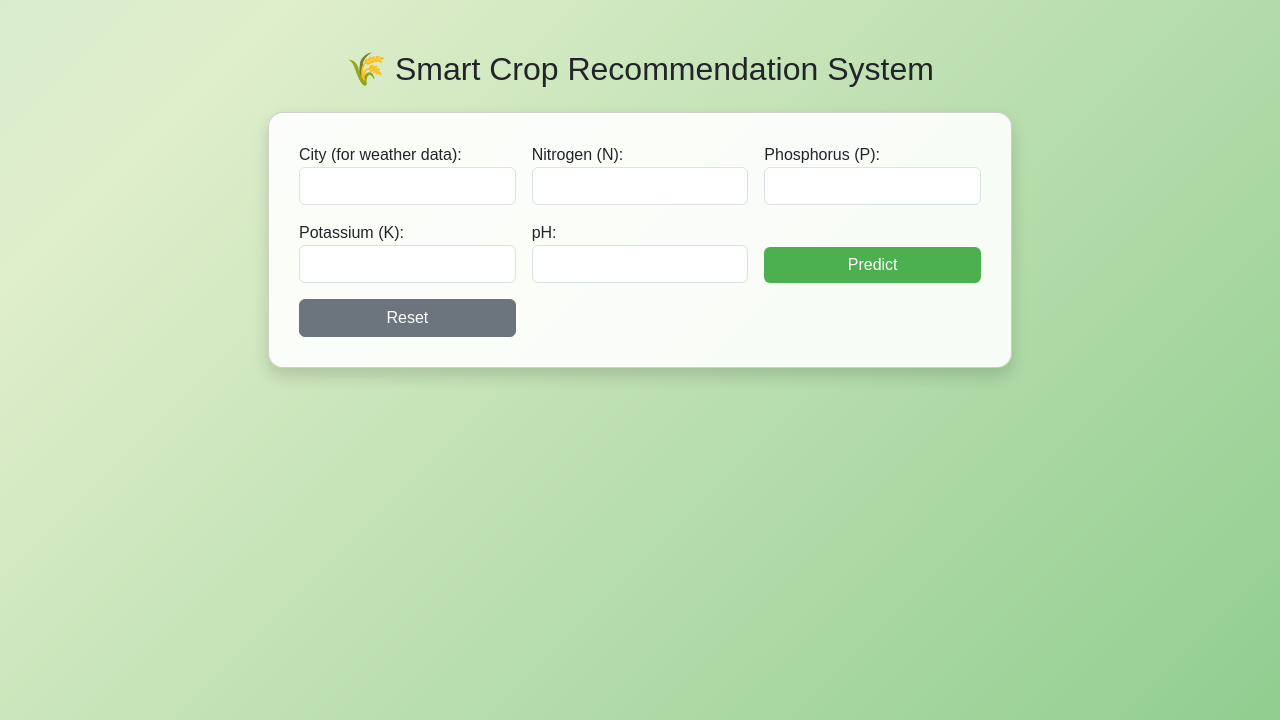
Repository: imdhanush13/Smart-Crop-recom
Page: http://localhost/
These files come from the project's save history. The page is drawn as it stood at one moment and after the next save; the edit follows.
The browser window is 1280 px wide. The pictures show the whole page.
The page is served by the project's application, run on Flask 3 (app.py).

Above is the page before, as saved 2025-06-17 03:36:58.

### templates/index.html
<!DOCTYPE html>
<html lang="en">
<head>
    <meta charset="UTF-8">
    <title>🌱 Smart Crop Recommendation</title>
    <link href="https://cdn.jsdelivr.net/npm/bootstrap@5.3.3/dist/css/bootstrap.min.css" rel="stylesheet">
    <style>
        /* Moving background animation */
        body {
            margin: 0;
            padding: 0;
            background: linear-gradient(-45deg, #7bc47f, #dfeecb, #b4e7d9, #f2f6f7);
            background-size: 400% 400%;
            animation: gradient 15s ease infinite;
            font-family: Arial, sans-serif;
        }

        @keyframes gradient {
            0% {background-position: 0% 50%;}
            50% {background-position: 100% 50%;}
            100% {background-position: 0% 50%;}
        }

        .container {
            margin-top: 50px;
        }

        .card {
            padding: 30px;
            border-radius: 15px;
            background-color: rgba(255, 255, 255, 0.9);
            box-shadow: 0 4px 20px rgba(0,0,0,0.2);
        }

        .btn-success {
            background-color: #4CAF50;
            border: none;
        }
    </style>
</head>
<body>
    <div class="container">
        <h2 class="text-center mb-4">🌾 Smart Crop Recommendation System</h2>
        <div class="card shadow col-lg-8 mx-auto">
            <form method="POST" action="/predict">
    <div class="row g-3">
        <div class="col-md-4">
            <label for="city">City (for weather data):</label>
            <input type="text" name="city" id="city" class="form-control" required>
        </div>
        <div class="col-md-4">
            <label for="N">Nitrogen (N):</label>
            <input type="number" name="N" id="N" class="form-control" required>
        </div>
        <div class="col-md-4">
            <label for="P">Phosphorus (P):</label>
            <input type="number" name="P" id="P" class="form-control" required>
        </div>
        <div class="col-md-4">
            <label for="K">Potassium (K):</label>
            <input type="number" name="K" id="K" class="form-control" required>
        </div>
        <div class="col-md-4">
            <label for="ph">pH:</label>
            <input type="number" step="any" name="ph" id="ph" class="form-control" required>
        </div>
        <div class="col-md-4 d-flex align-items-end">
            <input type="submit" value="Predict" class="btn btn-success w-100">
        </div>
        <div class="col-md-4 d-flex align-items-end">
            <a href="/" class="btn btn-secondary w-100">Reset</a>
        </div>
    </div>
</form>

            {% if show_prediction %}
            <div class="alert alert-info mt-4 text-center">
                <h5>{{ prediction_text }}</h5>
            </div>
            {% endif %}
        </div>
    </div>
</body>
</html>

### main.py
from flask import Blueprint, render_template, request
import joblib
import numpy as np
import mysql.connector

main = Blueprint('main', __name__)

# Load trained model, label encoder, and scaler
model = joblib.load("crop_recommendation_model.pkl")
scaler = joblib.load("scaler.pkl")

# Connect to MySQL
db = mysql.connector.connect(
    host="localhost",
    user="root",
    password="Dhanush08@",
    database="crop"
)
cursor = db.cursor()


# Crop label mapping
crop_label_mapping = {
    0: 'apple', 1: 'banana', 2: 'blackgram', 3: 'chickpea',
    4: 'coconut', 5: 'coffee', 6: 'cotton', 7: 'grapes',
    8: 'jute', 9: 'kidneybeans', 10: 'lentil', 11: 'maize',
    12: 'mango', 13: 'mothbeans', 14: 'mungbean', 15: 'muskmelon',
    16: 'orange', 17: 'papaya', 18: 'pigeonpeas', 19: 'pomegranate',
    20: 'rice', 21: 'watermelon'
}

@main.route('/')
def home():
    return render_template('index.html', show_prediction=False)

@main.route("/predict", methods=["POST"])
def predict_crop():
    try:
        # Get input from form
        N = int(request.form["N"])
        P = int(request.form["P"])
        K = int(request.form["K"])
        temp = float(request.form["temperature"])
        humidity = float(request.form["humidity"])
        ph = float(request.form["ph"])
        rainfall = float(request.form["rainfall"])

        # Prepare and scale features
        features = np.array([[N, P, K, temp, humidity, ph, rainfall]])
        scaled_features = scaler.transform(features)

        # Predict using model
        prediction = model.predict(scaled_features)[0]
        predicted_crop = crop_label_mapping[prediction]

        # Save prediction to DB
        insert = """
            INSERT INTO crop_data (N, P, K, temperature, humidity, ph, rainfall, predicted_crop)
            VALUES (%s, %s, %s, %s, %s, %s, %s, %s)
        """
        values = (N, P, K, temp, humidity, ph, rainfall, predicted_crop)
        cursor.execute(insert, values)
        db.commit()

        return render_template(
            'index.html',
            prediction_text=f'🌾 Predicted Crop: {predicted_crop.capitalize()}',
            show_prediction=True
        )

    except Exception as e:
        return render_template(
            'index.html',
            prediction_text=f'Error: {str(e)}',
            show_prediction=True
        )

### app.py
from flask import Flask
from main import main  # Import your blueprint

app = Flask(__name__)
app.register_blueprint(main)

if __name__ == '__main__':
    app.run(debug=True)

After the next save:
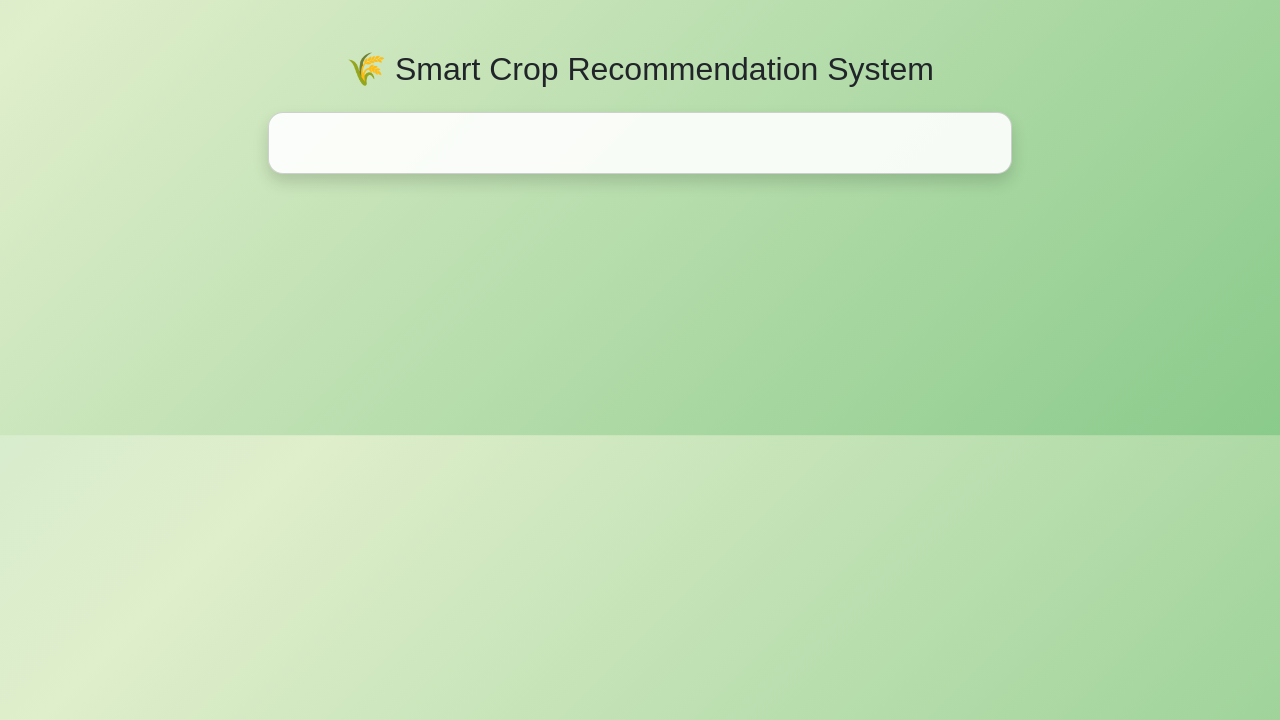
Saved 16 s later.
--- a/templates/index.html
+++ b/templates/index.html
@@ -42,36 +42,6 @@
     <div class="container">
         <h2 class="text-center mb-4">🌾 Smart Crop Recommendation System</h2>
         <div class="card shadow col-lg-8 mx-auto">
-            <form method="POST" action="/predict">
-    <div class="row g-3">
-        <div class="col-md-4">
-            <label for="city">City (for weather data):</label>
-            <input type="text" name="city" id="city" class="form-control" required>
-        </div>
-        <div class="col-md-4">
-            <label for="N">Nitrogen (N):</label>
-            <input type="number" name="N" id="N" class="form-control" required>
-        </div>
-        <div class="col-md-4">
-            <label for="P">Phosphorus (P):</label>
-            <input type="number" name="P" id="P" class="form-control" required>
-        </div>
-        <div class="col-md-4">
-            <label for="K">Potassium (K):</label>
-            <input type="number" name="K" id="K" class="form-control" required>
-        </div>
-        <div class="col-md-4">
-            <label for="ph">pH:</label>
-            <input type="number" step="any" name="ph" id="ph" class="form-control" required>
-        </div>
-        <div class="col-md-4 d-flex align-items-end">
-            <input type="submit" value="Predict" class="btn btn-success w-100">
-        </div>
-        <div class="col-md-4 d-flex align-items-end">
-            <a href="/" class="btn btn-secondary w-100">Reset</a>
-        </div>
-    </div>
-</form>
 
             {% if show_prediction %}
             <div class="alert alert-info mt-4 text-center">
